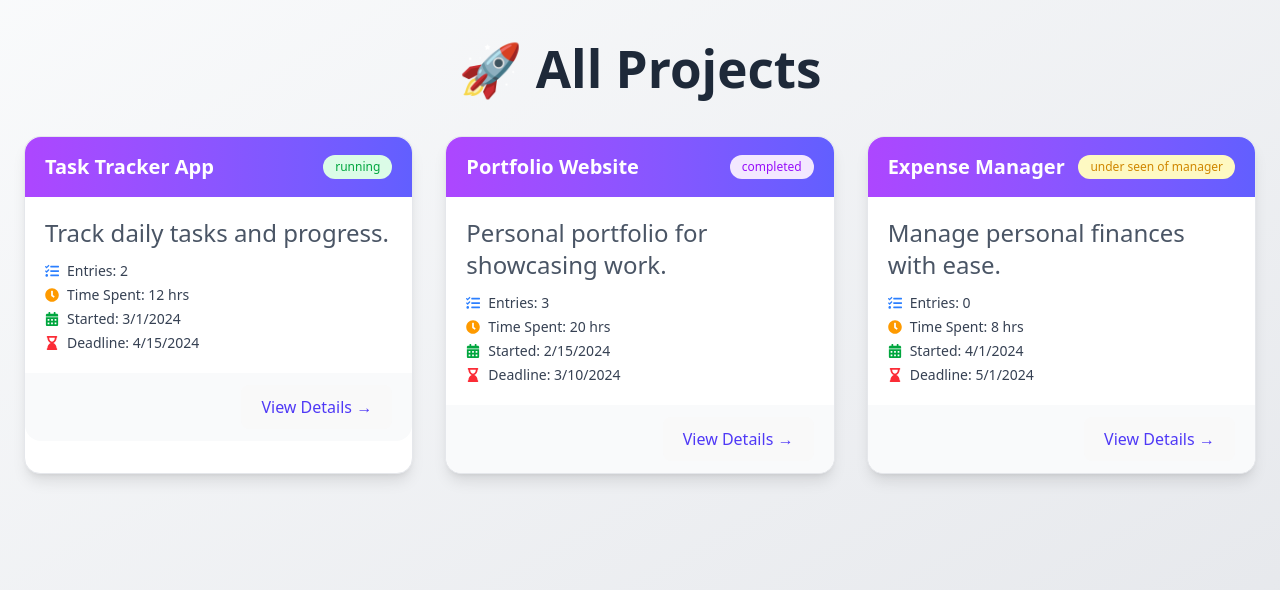
Repository: mohitagrawal0412/Workify
Page: /projects (app in client/)
These files come from the project's save history. The page is drawn as it stood at one moment and after the next save; the edit follows.
The browser window is 1280 px wide. The pictures show the whole page.
The project was rebuilt for these pictures with package versions that can differ from the ones it lists, and the page was loaded fresh each time. Also part of the build but not shown: client/vite.config.js, client/src/Components/Dashboard/Dashboard.jsx.

Above is the page before, as saved 2025-04-15 09:57:33.

### client/src/App.jsx
import './App.css';
import { BrowserRouter as Router, Routes, Route } from 'react-router-dom';
import Dashboard from './Components/Dashboard/Dashboard';
import AllProjects from './Components/Dashboard/AllProjects'; // adjust path as needed

function App() {
  return (
    <Router>
      <Routes>
        <Route path="/" element={<Dashboard />} />
        <Route path="/projects" element={<AllProjects />} />
      </Routes>
    </Router>
  );
}

export default App;

### client/src/Components/Dashboard/AllProjects.jsx
import React from "react";
import { FaClock, FaTasks, FaCalendarAlt, FaHourglassEnd } from "react-icons/fa";

const dummyProjects = [
    {
        _id: "1",
        projectName: "Task Tracker App",
        description: "Track daily tasks and progress.",
        totalSpentTime: 12,
        status: "running",
        entries: [1, 2],
        createdAt: "2024-03-01T10:00:00Z",
        deadline: "2024-04-15T23:59:59Z",
    },
    {
        _id: "2",
        projectName: "Portfolio Website",
        description: "Personal portfolio for showcasing work.",
        totalSpentTime: 20,
        status: "completed",
        entries: [1, 2, 3],
        createdAt: "2024-02-15T08:30:00Z",
        deadline: "2024-03-10T23:59:59Z",
    },
    {
        _id: "3",
        projectName: "Expense Manager",
        description: "Manage personal finances with ease.",
        totalSpentTime: 8,
        status: "under seen of manager",
        entries: [],
        createdAt: "2024-04-01T14:45:00Z",
        deadline: "2024-05-01T23:59:59Z",
    },
];

const statusColors = {
    running: "bg-green-100 text-green-600",
    completed: "bg-purple-100 text-purple-600",
    "under seen of manager": "bg-yellow-100 text-yellow-600",
};

const AllProjects = () => {
    return (
        <div className="min-h-screen bg-gradient-to-br from-gray-50 to-gray-200 py-10 px-6">
            <h1 className="text-4xl font-bold text-center text-gray-800 mb-10">🚀 All Projects</h1>

            <div className="grid grid-cols-1 sm:grid-cols-2 lg:grid-cols-3 gap-8">
                {dummyProjects.map((project) => (
                    <div
                        key={project._id}
                        className="bg-white rounded-2xl shadow-lg border border-gray-200 hover:shadow-xl transition-shadow duration-300"
                    >
                        {/* Card Header */}
                        <div className="bg-gradient-to-r from-purple-500 to-indigo-500 text-white rounded-t-2xl px-5 py-4 flex items-center justify-between">
                            <h2 className="text-xl font-bold">{project.projectName}</h2>
                            <span
                                className={`px-3 py-1 rounded-full text-xs font-medium ${statusColors[project.status]}`}
                            >
                                {project.status}
                            </span>
                        </div>

                        {/* Card Body */}
                        <div className="p-5 space-y-3">
                            <p className="text-gray-600 text-2xl">
                                {project.description.split(" ").slice(0, 20).join(" ")}
                                {project.description.split(" ").length > 20 ? "..." : ""}
                            </p>


                            <div className="text-sm text-gray-700 space-y-1">
                                <div className="flex items-center gap-2">
                                    <FaTasks className="text-blue-500" />
                                    <span>
                                        <span className="font-medium">Entries:</span> {project.entries.length}
                                    </span>
                                </div>

                                <div className="flex items-center gap-2">
                                    <FaClock className="text-amber-500" />
                                    <span>
                                        <span className="font-medium">Time Spent:</span> {project.totalSpentTime} hrs
                                    </span>
                                </div>

                                <div className="flex items-center gap-2">
                                    <FaCalendarAlt className="text-green-600" />
                                    <span>
                                        <span className="font-medium">Started:</span>{" "}
                                        {new Date(project.createdAt).toLocaleDateString()}
                                    </span>
                                </div>

                                <div className="flex items-center gap-2">
                                    <FaHourglassEnd className="text-red-500" />
                                    <span>
                                        <span className="font-medium">Deadline:</span>{" "}
                                        {new Date(project.deadline).toLocaleDateString()}
                                    </span>
                                </div>
                            </div>
                        </div>

                        {/* Footer */}
                        <div className="bg-gray-50 px-5 py-3 rounded-b-2xl text-right">
                            <button className="text-sm text-indigo-600 hover:underline font-medium">
                                View Details →
                            </button>
                        </div>
                    </div>
                ))}
            </div>
        </div>
    );
};

export default AllProjects;

Loaded but not shown: client/index.html (common file); client/src/main.jsx (common file); client/src/index.css (common file); client/src/App.css (common file)

After the next save:
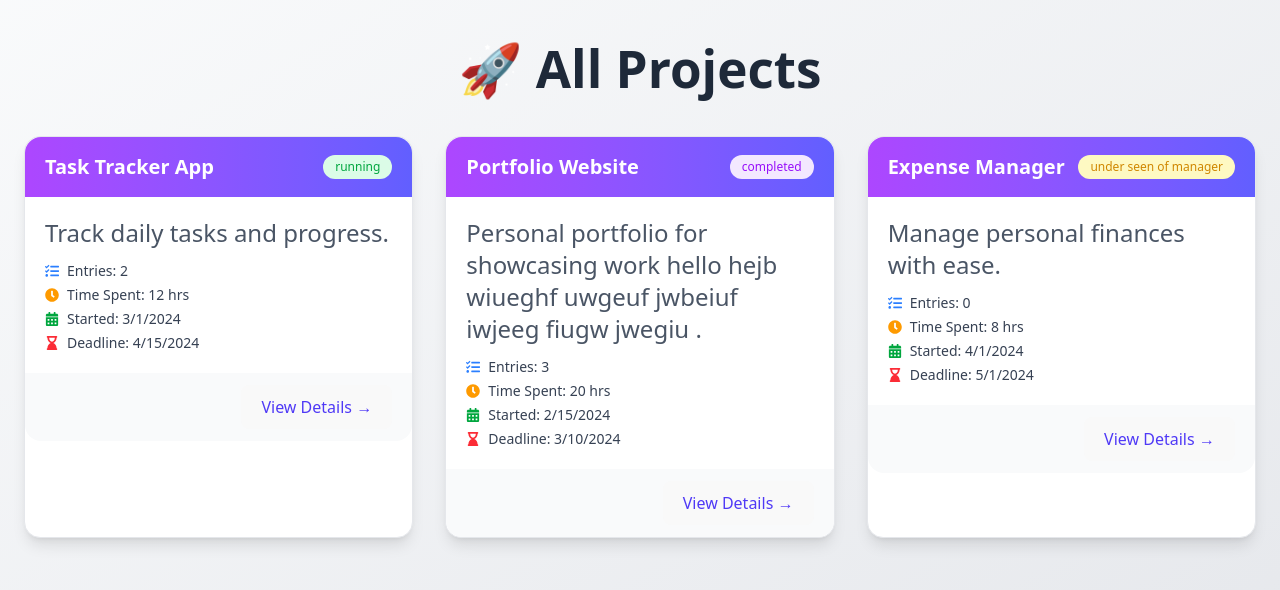
Saved 15 s later.
--- a/client/src/Components/Dashboard/AllProjects.jsx
+++ b/client/src/Components/Dashboard/AllProjects.jsx
@@ -15,7 +15,7 @@ const dummyProjects = [
     {
         _id: "2",
         projectName: "Portfolio Website",
-        description: "Personal portfolio for showcasing work.",
+        description: "Personal portfolio for showcasing work hello hejb wiueghf uwgeuf jwbeiuf iwjeeg fiugw jwegiu .",
         totalSpentTime: 20,
         status: "completed",
         entries: [1, 2, 3],

After the 2 saves that followed:
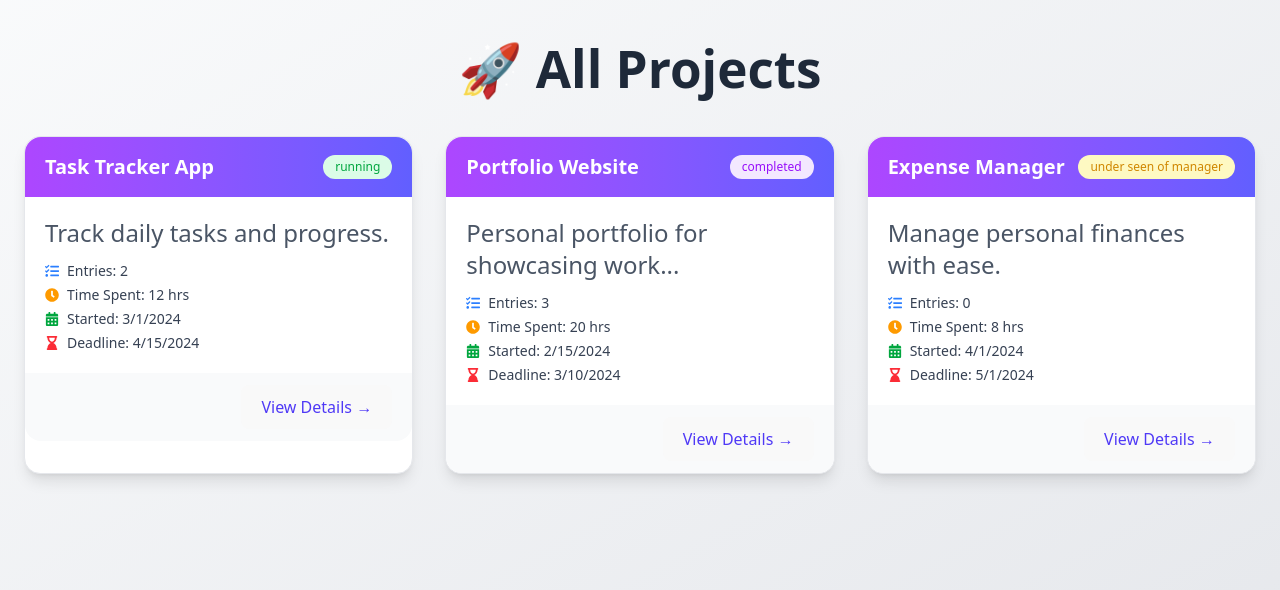
The 2 saves are shown as one change because they came seconds apart.
The last was saved 24 s later.
--- a/client/src/Components/Dashboard/AllProjects.jsx
+++ b/client/src/Components/Dashboard/AllProjects.jsx
@@ -64,8 +64,8 @@ const AllProjects = () => {
                         {/* Card Body */}
                         <div className="p-5 space-y-3">
                             <p className="text-gray-600 text-2xl">
-                                {project.description.split(" ").slice(0, 20).join(" ")}
-                                {project.description.split(" ").length > 20 ? "..." : ""}
+                                {project.description.split(" ").slice(0, 5).join(" ")}
+                                {project.description.split(" ").length > 5 ? "..." : ""}
                             </p>
 
 
